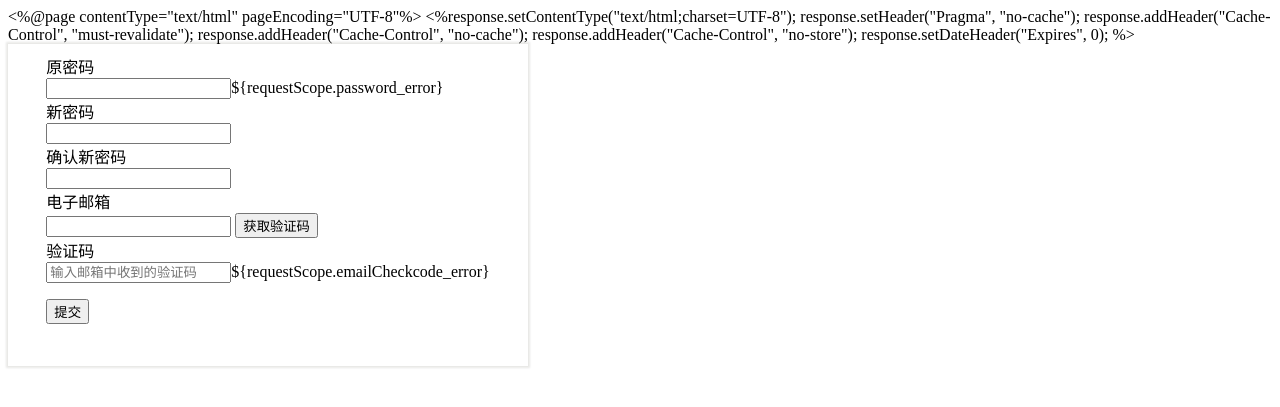
Repository: IAmJiangWenHao/ReportServer
Page: web/demo.html
These files come from the project's save history. The page is drawn as it stood at one moment and after the next save; the edit follows.
The browser window is 1280 px wide. The pictures show the whole page.

Above is the page before, as saved 2023-06-01 10:25:17.

### web/demo.html
<%@page contentType="text/html" pageEncoding="UTF-8"%>
<%response.setContentType("text/html;charset=UTF-8");
  response.setHeader("Pragma", "no-cache");
  response.addHeader("Cache-Control", "must-revalidate");
  response.addHeader("Cache-Control", "no-cache");
  response.addHeader("Cache-Control", "no-store");
  response.setDateHeader("Expires", 0);
%>
<!DOCTYPE html>
<html>
  <head>
    <meta http-equiv="Content-Type" content="text/html; charset=UTF-8">
    <title>重置口令</title>
  </head>

  <body>
    <style>
            #course1{
              width: 500px;
              display: flex; flex-direction:column;align-items: center;
        padding: 10px;
        box-shadow: 0 0 2px 2px rgba(30, 30, 4, 0.1);
      }
      #course1:hover{
        box-shadow: 0 0 2px 2px rgba(30, 30, 4, 0.3);
      }
      #course1 tbody tr {
      display: flex;
      border-radius: 20px;
      width: auto;
      height: auto;
      padding: 10px;
      font-size: 26px;
      background-color: #fff;
      position: relative;
      justify-content: flex-start
    }
    #course1 tbody tr td a{
      color: #000;
      text-decoration:none;
    }
    #course1 tbody tr td a:hover{
      box-shadow: 0 0 10px 5px rgba(30, 30, 4, 0.3);
    }
    #course1 tbody tr td input{
      border: 0;
      height: 100%;
      background-color: #fff;
    }
    #course1 tbody tr td input:hover{
      border: 0;
      box-shadow: 0 0 10px 5px rgba(30, 30, 4, 0.3);
    }
    </style>
    <div>
    <div id="course1">
      <form action="SetPasswordEmail.do" method="post" name="form1" onSubmit="return Check()">
        原密码 <div id="old"><input type="password" name="oldpass" >${requestScope.password_error}</div>
        新密码 <div id="new"><input type="password" name="newpass" ><div id="info_newpass" style="color: #ff0000;display:inline;"></div></div>
        确认新密码 <div id="comfirm"><input type="password" name="confirmpass"  ><div id="info_confirm" style="color: #ff0000;display:inline;"></div> </div>
        电子邮箱 <div id="email"><input type="text" name="email" onblur=isEmail(this.value)> <input type="button" id="button" value="获取验证码"></div>
        验证码<div id="emailcode"><input type="text" name="emailCheckcode"  placeholder="输入邮箱中收到的验证码"/>${requestScope.emailCheckcode_error}</div>
        <p>
          <input type="submit" id="submit" value="提交">
      </form>
        <div id="result"></div>
    </div>
    </div>
    <script>
      const info_newpass = document.getElementById("info_newpass");
      const info_confirm = document.getElementById("info_confirm");
      const newpass = document.getElementsByTagName("input")[1];
      const confirmpass = document.getElementsByTagName("input")[2];
      const email = document.getElementsByTagName("input")[3];
      newpass.onchange = function () {
        info_newpass.innerHTML = "长度6-8位";
        if (confirmpass.value === newpass.value && newpass.value.length >= 4)
          info_confirm.innerHTML = "ok";
        else
        {
          info_confirm.innerHTML = "不匹配";
        }
      };

      confirmpass.onchange = function () {
        if (confirmpass.value === newpass.value && newpass.value.length >= 4)
          info_confirm.innerHTML = "ok";
        else
        {
          info_confirm.innerHTML = "不匹配";
        }
      };

      function isEmail(strEmail) {
        if (strEmail.search(/^\w+((-\w+)|(\.\w+))*\@[A-Za-z0-9]+((\.|-)[A-Za-z0-9]+)*\.[A-Za-z0-9]+$/) !== -1)
          return true;
        else
          alert(email.value + "邮箱格式错误");
      }
      function Check()
      {
        for (var i = 0; i < document.form1.elements.length - 1; i++)
        {
          if (document.form1.elements[i].value === "")
          {
            alert("不允许空！");
            document.form1.elements[i].focus();
            return false;
          }
        }
        if (newpass.value.length < 6)
        {
          alert("密码长度不足！");
          document.getElementsByTagName("input")[1].focus();
          return false;
        }
        if (confirmpass.value !== newpass.value)
        {
          alert("两次输入不匹配！");
          document.getElementsByTagName("input")[2].focus();
          return false;
        }
        return true;

      }
      //获取button
      const btn = document.getElementById("button");
      const result=document.getElementById("result");
      //绑定按钮的 click 事件
      btn.onclick = function () {
        if (!isEmail(email.value))
          return false;
        btn.disabled = true;//禁用按钮
        setBTN();
        //1.创建请求对象
        const xhr = new XMLHttpRequest();
        //2.设置请求方法和URL
        xhr.open("post", "/Report_load_system/EmailCheckcodeServlet?email=" + email.value, true);
        //3.发送
        xhr.send();
        //4. 绑定事件 处理服务端返回的结果
        //readystate 是xhr的一个属性，状态 0 1 2 3 4
        xhr.onreadystatechange = function () {
          // 如果服务器端返回了所有的结果
          if (xhr.readyState === 4) {
            //判断响应码 2XX 表示成功
            if (xhr.status >= 200 && xhr.status <= 300) {
              //处理结果
              console.log(xhr.status);//状态码
              console.log(xhr.statusText);//状态字符串
              console.log(xhr.getAllResponseHeaders());//响应头
              console.log(xhr.response);//响应体
              //设置 result 显示的文本内容
              result.innerHTML=xhr.response;
            } else {
            }
          }
        };
      };

      //修改按钮，控制验证码重新获取
      var time0 = 30;
      var time = time0;
      var t;  // 验证按钮的20s计时
      //修改按钮，控制验证码重新获取
      function changeBTN() {
        if (time > 0) {
          btn.value = "(" + time + "s)" + "重新获取";
          time = time - 1;
        } else {

          btn.disabled = false;
          btn.value = "获取验证码";
          clearInterval(t);
          time = time0;
        }
      }
      function setBTN() {
        btn.value = "(" + time + "s)" + "重新获取";
        time = time - 1;
        t = setInterval("changeBTN()", 1000);  // 1s调用一次
      }
    </script>
  </body>
</html>

After the next save:
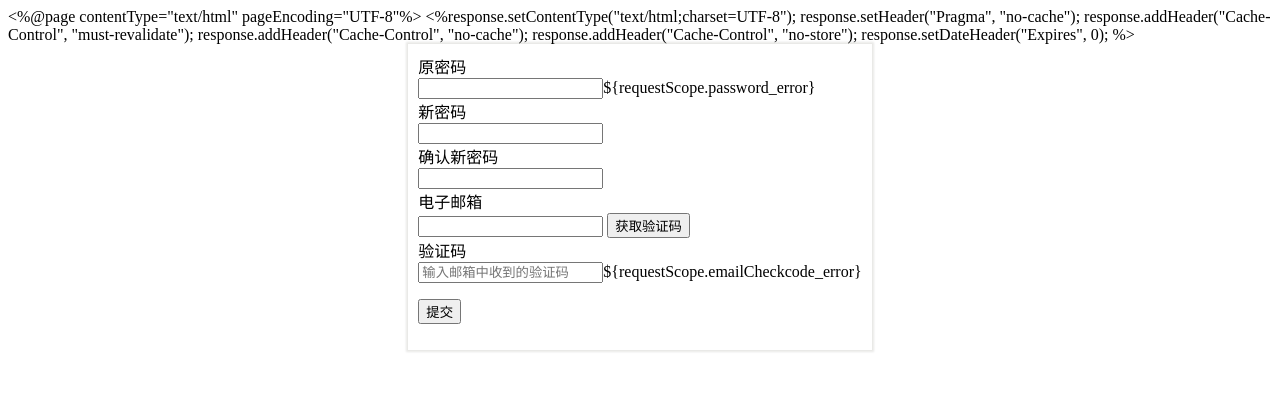
Saved 25 s later.
--- a/web/demo.html
+++ b/web/demo.html
@@ -16,8 +16,8 @@
   <body>
     <style>
             #course1{
-              width: 500px;
-              display: flex; flex-direction:column;align-items: center;
+
+
         padding: 10px;
         box-shadow: 0 0 2px 2px rgba(30, 30, 4, 0.1);
       }
@@ -52,7 +52,7 @@
       box-shadow: 0 0 10px 5px rgba(30, 30, 4, 0.3);
     }
     </style>
-    <div>
+    <div style="              display: flex; flex-direction:column;align-items: center;">
     <div id="course1">
       <form action="SetPasswordEmail.do" method="post" name="form1" onSubmit="return Check()">
         原密码 <div id="old"><input type="password" name="oldpass" >${requestScope.password_error}</div>
